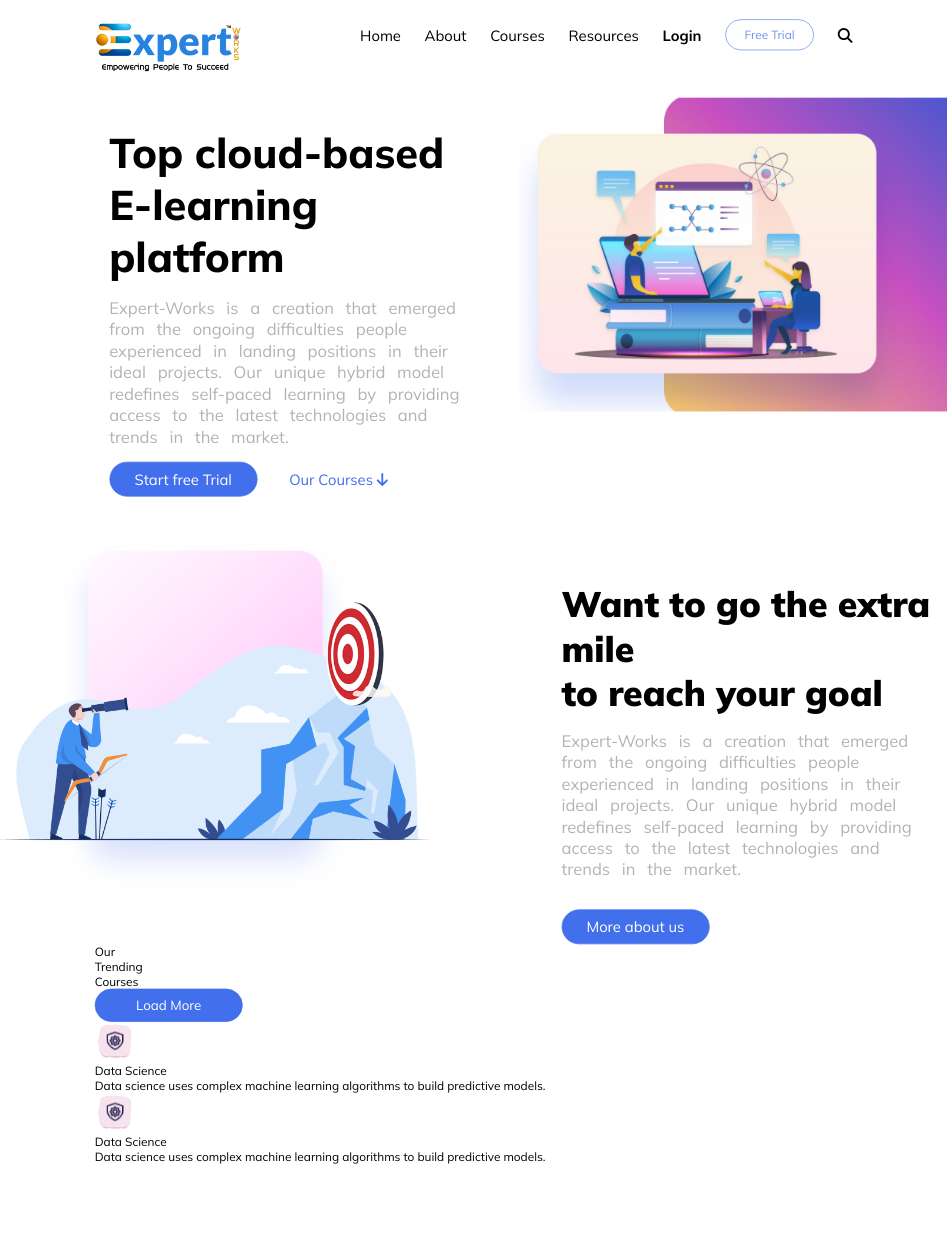
Repository: FlyweisReact/Raghu-B2C
Page: /homePage
An editor plug-in stored every save of this project. The page is shown before and after the next save, followed by the edit.
The browser window is 1280 px wide. The pictures show the whole page, at 74% of full size.
Some web libraries are served in a nearby version. The project was rebuilt for these pictures with package versions that can differ from the ones it lists, and the page was loaded fresh each time. Also part of the build but not shown: src/Footer/footer.scss, src/Footer/Footer.jsx, src/component/pages/courses/course.scss, src/component/Navbar/nav.scss, src/component/Navbar/Nav.jsx, src/component/navigation/NavItems.js, src/component/navigation/Dropdown.css, src/component/navigation/Dropdown.js and 43 more.

Above is the page before, as saved 2023-02-03 16:02:52.

### public/index.html
<!DOCTYPE html>
<html lang="en">
  <head>
    <meta charset="utf-8" />
    <link rel="icon" href="%PUBLIC_URL%/favicon.ico" />
    <meta name="viewport" content="width=device-width, initial-scale=1" />
    <meta name="theme-color" content="#000000" />
    <meta
      name="description"
      content="Web site created using create-react-app"
    />
    <link rel="apple-touch-icon" href="%PUBLIC_URL%/logo192.png" />
    <link href="https://fonts.googleapis.com/css2?family=Mulish:ital,wght@0,200;0,300;0,400;0,500;0,600;0,700;0,800;0,900;1,200;1,300;1,400;1,500;1,600;1,700;1,800&display=swap" rel="stylesheet">
    <link rel="manifest" href="%PUBLIC_URL%/manifest.json" />
    <title>Educational Web</title>
  </head>
  <body>
    <noscript>You need to enable JavaScript to run this app.</noscript>
    <div id="root"></div>
    <script src="https://kit.fontawesome.com/b533b351e4.js" crossorigin="anonymous"></script>
  </body>
</html>

### src/index.js
/** @format */

import React from "react";
import ReactDOM from "react-dom";
import { BrowserRouter } from "react-router-dom";
import App from "./App";

ReactDOM.render(
  <React.StrictMode>
    <BrowserRouter>
      <App />
    </BrowserRouter>
  </React.StrictMode>,
  document.getElementById("root")
);

### src/App.js
/** @format */

import { Routes, Route } from "react-router-dom";
import "./App.css";
import "./component/common.scss";
import Courses from "./component/pages/courses/Courses";
import Home from "./component/Home";
import Programs from "./component/pages/Programs/Programs";
import Login from "./component/pages/LoginPage/Login";
import CreateAccount from "./component/pages/CreateAccount/CreateAccount";
import UsertakenCourses from "./component/pages/UserTakenCourses/UsertakenCourses";
import ExploreMore from "./component/pages/morecourses/ExploreMore";
import Forgot from "./component/pages/forgotPassword/Forgot";
import OTP from "./component/pages/otp/OTP";
import Reset from "./component/pages/reset/Reset";
import ViewCourses from "./component/pages/viewCourses/ViewCourses";
import SignUpOtp from "./component/pages/signUpOtp/SignUpOtp"
import MyCourse from "./component/pages/Mycourse/MyCourse";
import MyCourseDesc from "./component/pages/Mycourse/MyCourseDesc";
import FreeTrial from "./component/pages/FreeTrial/FreeTrial";
import Subscription from "./component/pages/FreeTrial/Subscription";
import Billing from "./component/pages/FreeTrial/Billing";
import ThankYOu from "./component/pages/FreeTrial/ThankYOu";
import HomePage from "./HomePage";

function App() {
  const user = false;

  return (
    <div className="App">
      <Routes>
        <Route exect path="/" element={<Login />} />
        <Route exect path="/emailVerify" element={<Forgot />} />
        <Route exect path="/otp" element={<OTP />} />
        <Route exect path="/reset" element={<Reset />} />
        <Route exect path="/cources" element={<Courses />} />
        <Route exect path="/viewCourses" element={<ViewCourses />} />
        <Route exect path="/program" element={<Programs />} />
        <Route exect path="/home" element={<Home user={user} />} />
        <Route exect path="/create-acount" element={<CreateAccount />} />
        <Route exect path="/signUpOtp" element={<SignUpOtp />} />
        <Route exect path="/user" element={<UsertakenCourses />} />
        <Route exect path="/explore" element={<ExploreMore />} />
        <Route exect path="/myCourse" element={<MyCourse />} />
        <Route exect path="/myCourse/:id" element={<MyCourseDesc />} />
        <Route  exect path="/trial" element={<FreeTrial />} />
        <Route  exect path="/subscription" element={<Subscription />} />
        <Route  exect path="/billing" element={<Billing />} />
        <Route  exect path="/thank" element={<ThankYOu />} />
        <Route  exect path="/homePage" element={<HomePage />} />





      </Routes>
    </div>
  );
}

export default App;

### src/App.css
*{
  margin: 0;
  padding: 0;
  box-sizing: border-box;
  font-family: 'Mulish', sans-serif;
}
.hello{
  color:#7ABCFF;
color:  #3284D6;
color:  #D1E8FF;

}

### src/component/common.scss
.links{
    text-decoration: none;
    color: #fff;
    overflow-x: hidden;
}

*{
    // overflow-x: hidden;
    scroll-behavior: smooth;
}

### src/HomePage.js
/** @format */

import React from "react";
import "./HomePage.css";
// Images
import img from "./images/logo.png";
import img1 from './images/1st image.png'
import img2 from './images/2nd image.png'
import img3 from './images/Home.png'
import img4 from './images/icon.png'


const HomePage = () => {
  return (
    <>
      <div className="HomeNewnav">
        <div className="left">
          <img src={img} alt="" />
        </div>
        <div className="right">
          <ul>
            <li>Home</li>
            <li>About </li>
            <li>Courses</li>
            <li>Resources</li>
            <li style={{ fontWeight: "bold" }}>Login</li>
            <button>Free Trial</button>
            <li>
              <i class="fa-solid fa-magnifying-glass"></i>
            </li>
          </ul>
        </div>
      </div>

      <div className="mainSecTwo">
        <div className="left">
          <p className="head">
            Top cloud-based <br /> E-learning platform{" "}
          </p>
          <p className="desc">
            Expert-Works is a creation that emerged from the ongoing
            difficulties people experienced in landing positions in their ideal
            projects. Our unique hybrid model redefines self-paced learning by
            providing access to the latest technologies and trends in the
            market.
          </p>
          <div className="btns">
            <button
              style={{
                backgroundColor: "#426fec",
                color: "#fff",
                width: "200px",
                border: "1px solid #426fec",
                fontSize: "20px",
                borderRadius: "50px",
                padding: "10px",
              }}
            >
              Start free Trial
            </button>
            <button
              style={{
                backgroundColor: "#fff",
                color: "#426fec",
                width: "200px",
                border: "none",
                fontSize: "20px",
                borderRadius: "50px",
                padding: "10px",
              }}
            >
              Our Courses <i class="fa-solid fa-arrow-down"></i>
            </button>
          </div>
        </div>
        <div className="right">
          <img
            src={img3}
            alt=""
          />
        </div>
      </div>

      <div className="mainSecTwo2">
        <div className="left">
          <img
            src={img2}
            alt=""
          />
        </div>
        <div className="right">
          <p className="head">
            Want to go the extra mile <br />
            to reach your goal
          </p>
          <p className="desc">
            Expert-Works is a creation that emerged from the ongoing
            difficulties people experienced in landing positions in their ideal
            projects. Our unique hybrid model redefines self-paced learning by
            providing access to the latest technologies and trends in the
            market.
          </p>
          <div className="btns">
            <button
              style={{
                backgroundColor: "#426fec",
                color: "#fff",
                width: "200px",
                border: "1px solid #426fec",
                fontSize: "20px",
                borderRadius: "50px",
                padding: "10px",
              }}
            >
              More about us
            </button>
          </div>
        </div>
      </div>

      <div className="centerMainDiv">
        <div className="left">
          <p className="head">
            Our <br /> Trending <br /> Courses
          </p>{" "}
          <button
            style={{
              backgroundColor: "#426fec",
              color: "#fff",
              width: "200px",
              border: "1px solid #426fec",
              fontSize: "18px",
              borderRadius: "50px",
              padding: "10px",
            }}
          >
           Load More
          </button>
        </div>
        <div className="right">
            <div className="group">
                <div>
                    <img src={img4} alt='' />
                    <p className="head">Data Science</p>
                    <p className="desc">Data science uses complex machine learning algorithms to build predictive models.</p>
                </div>
                <div>
                    <img src={img4} alt='' />
                    <p className="head">Data Science</p>
                    <p className="desc">Data science uses complex machine learning algorithms to build predictive models.</p>
                </div>
            </div>
        </div>
      </div>
    </>
  );
};

export default HomePage;

### src/HomePage.css
.HomeNewnav{
    display: flex;
    justify-content: space-between;
    width: 80%;
    margin-left:10%;
    margin-top: 2%;
}
.HomeNewnav .left img{
    width: 200px;
}
.HomeNewnav .right ul {
    display: flex;
    gap: 2rem;
}
.HomeNewnav .right ul li{
    list-style: none;
    font-size: 20px;
    margin-top: 10px;
}
.HomeNewnav .right ul  button {
    width: 120px;
    font-size: 16px;
    margin-top: 0;
    border: 1px solid #6e90f0;
    color: #6e90f0;
    background-color: #fff;

    padding: 10px;
    border-radius: 50px;
}
.HomeNewnav .right ul li:hover{
    color: #6e90f0;
    cursor: pointer;
}



.mainSecTwo {
    display: flex;
    margin-top: 2%;
    gap: 2rem;
    justify-content: space-between;
}
.mainSecTwo .left{
    width: 50%;
    margin-left: 7%;
    margin-top: 3%;
}
.mainSecTwo .right{
    width: 50%;
}
.mainSecTwo .right img {
    width: 100%;
}
.mainSecTwo .left .head{
    font-size: 3.5rem;
    font-weight: 800;
    margin-left: 10%;

}
.mainSecTwo .left .desc{
    width: 500px;
    word-spacing: 10px;
    font-size: 1.4rem;
    margin-top: 20px;
    margin-left: 10%;
    color: #b0b3b8;
}
.mainSecTwo .left .btns{
    display: flex;
    gap: 10px;
    margin-left: 10%;
    margin-top: 20px;
}



.mainSecTwo2{
    display: flex;
    margin-top: 5%;
    gap: 2rem;
    justify-content: space-between;
}
.mainSecTwo2 .right{
    width: 50%;
    margin-top: 4%;
    margin-left: 7%;
}
.mainSecTwo2 .left{
    width: 50%;

}
.mainSecTwo2 .left img {
    width: 100%;
}
.mainSecTwo2 .right .head{
    font-size: 3rem;
    font-weight: 900;
    margin-left: 10%;
}
.mainSecTwo2 .right .desc{
    width: 500px;
    word-spacing: 10px;
    font-size: 1.4rem;
    margin-top: 20px;
    margin-left: 10%;
    color: #b0b3b8;
}
.mainSecTwo2 .right .btns{
    display: flex;
    gap: 10px;
    margin-left: 10%;
    margin-top: 40px;
}


.centerMainDiv{
    width: 80%;
  height: 400px;
  background-image: linear-gradient(to right, #5a57cc , #cd5bba , );
  margin: auto;
}

Loaded but not shown: src/component/pages/viewCourses/viewCourses.css (no stored copy; drawn as an empty file)

After the next save:
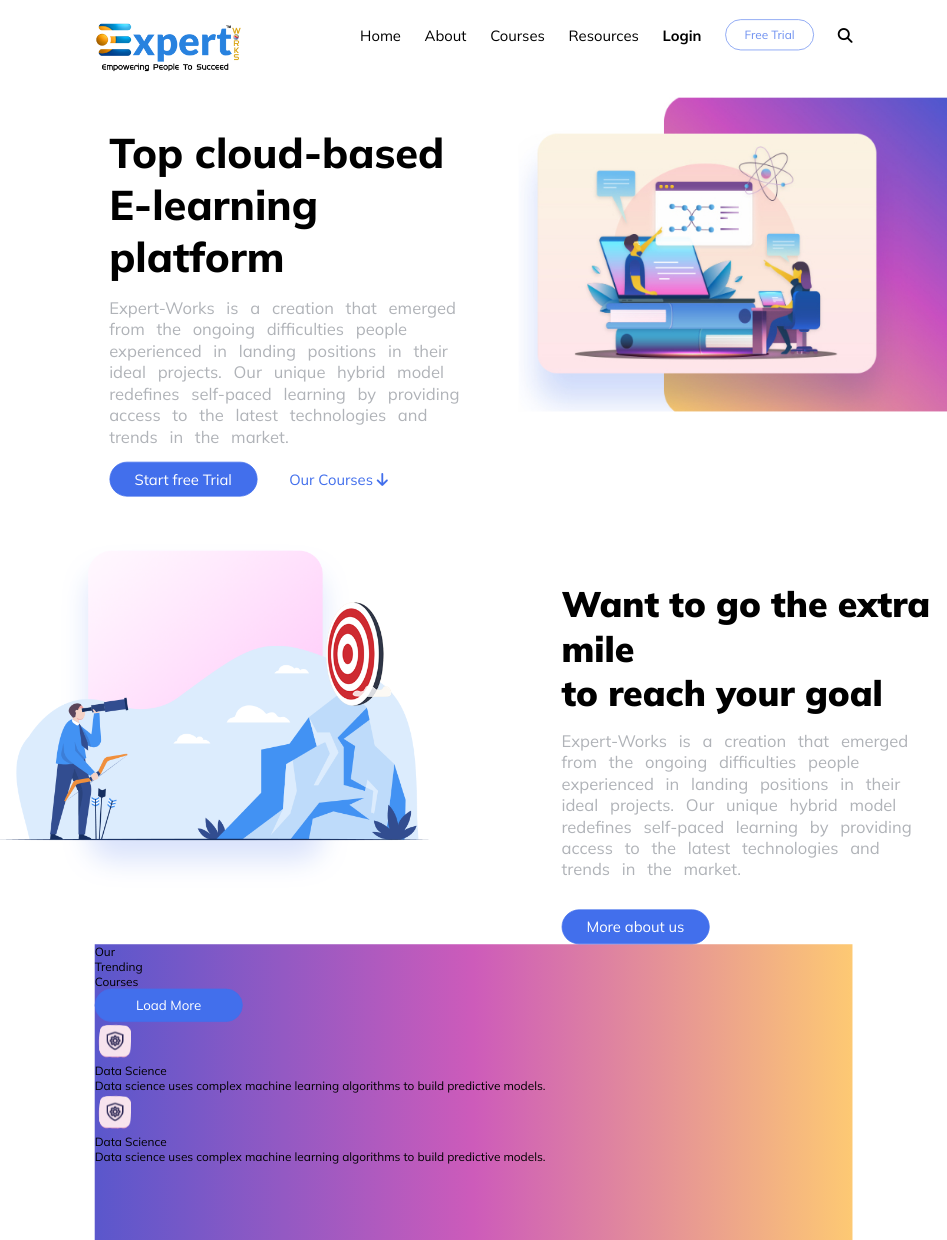
Saved 6 s later.
--- a/src/HomePage.css
+++ b/src/HomePage.css
@@ -117,6 +117,6 @@
 .centerMainDiv{
     width: 80%;
   height: 400px;
-  background-image: linear-gradient(to right, #5a57cc , #cd5bba , );
+  background-image: linear-gradient(to right, #5a57cc , #cd5bba , #fdc973);
   margin: auto;
 }
